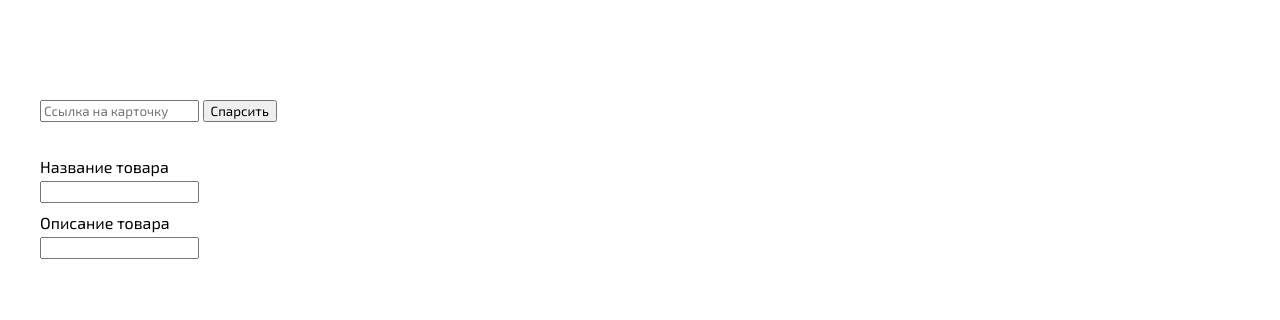
Repository: yozuul/wildberries-product-card-parser-api-exchange
Page: public/index.html
An editor plug-in stored every save of this project. The page is shown before and after the next save, followed by the edit.
The browser window is 1280 px wide. The pictures show the whole page.

Above is the page before, as saved 2021-08-18 17:35:51.

After the next save:
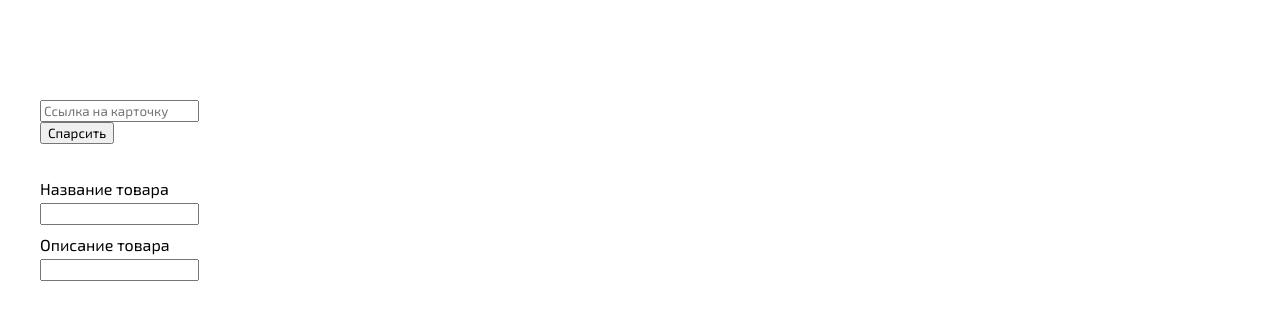
Saved 9 s later.
--- a/public/index.html
+++ b/public/index.html
@@ -11,7 +11,7 @@
    <div class="wrapper">
       <div class="parseForm">
          <form name="parseForm">
-            <input type="text" id="cardURL" placeholder="Ссылка на карточку">
+            <input type="text" id="cardURL" placeholder="Ссылка на карточку"> <br>
             <button id="parseData">Спарсить</button>
          </form>
       </div>

After the 2 saves that followed:
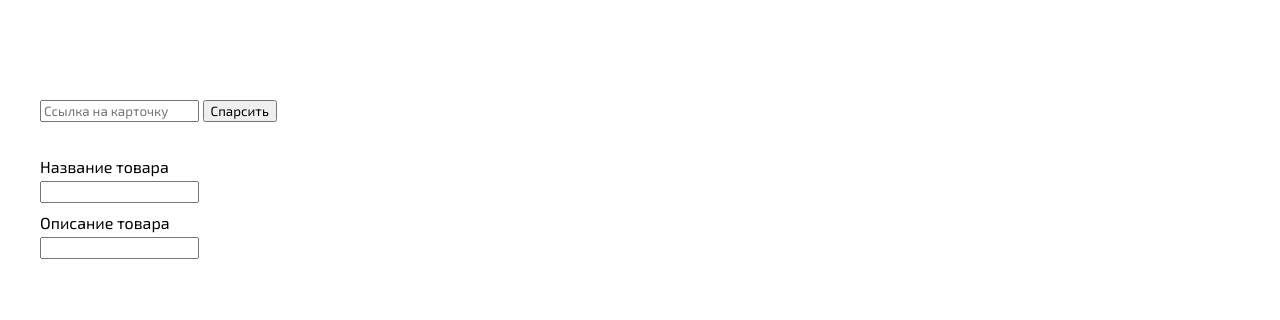
The 2 saves are shown as one change because 1 left the picture as it was.
The last was saved 33 s later.
--- a/public/index.html
+++ b/public/index.html
@@ -11,7 +11,7 @@
    <div class="wrapper">
       <div class="parseForm">
          <form name="parseForm">
-            <input type="text" id="cardURL" placeholder="Ссылка на карточку"> <br>
+            <input type="text" id="cardURL" placeholder="Ссылка на карточку">
             <button id="parseData">Спарсить</button>
          </form>
       </div>
--- a/public/style.css
+++ b/public/style.css
@@ -13,7 +13,9 @@ body {
    margin: auto;
    margin-top: 100px;
 }
-
+.parseForm {
+   margin-bottom: 10px;
+}
 .productForm {
    margin-top: 35px;
 }
